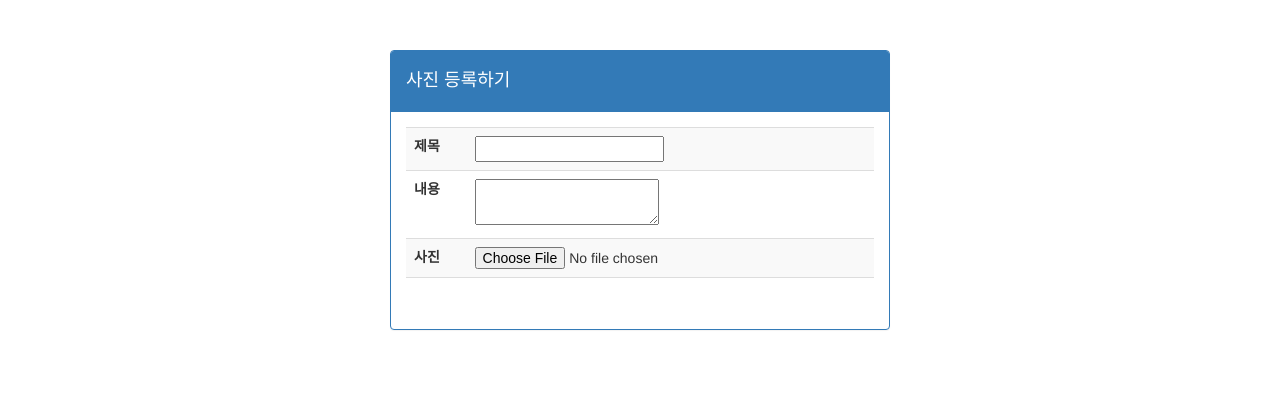
Repository: simDev1234/WebStudy
Page: http://localhost/2022_0607_PhotoGallery/photo/insert_form.do
An editor plug-in stored every save of this project. The page is shown before and after a run of saves, followed by the edit.
The browser window is 1280 px wide. The pictures show the whole page.
The page is served by Tomcat 9.

Above is the page before, as saved 2022-06-08 02:59:40.

After the next 3 saves:
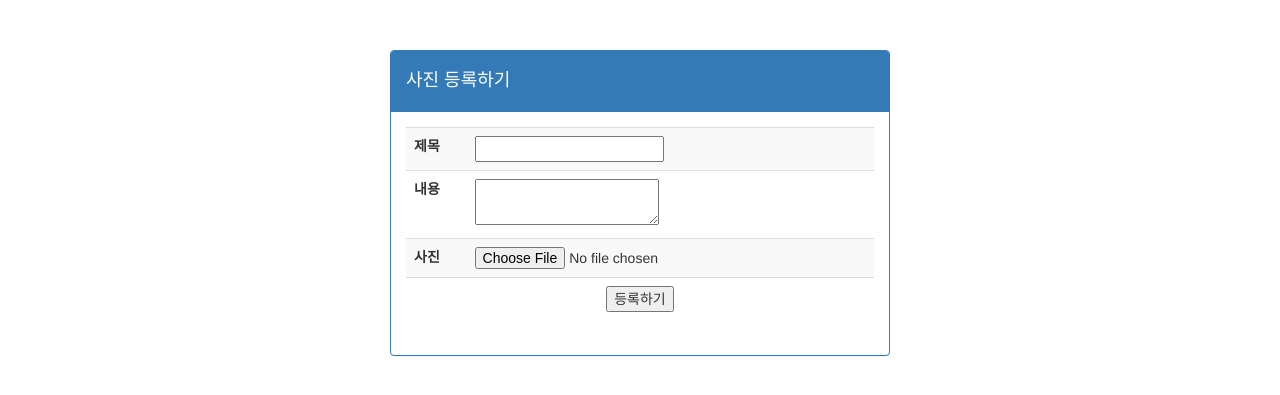
The 3 saves are shown as one change because they came seconds apart.
The last was saved 11 s later.
--- a/_01_상반기_WebStudy/2022_0607_PhotoGallery/src/main/webapp/photo/photo_insert_form.jsp
+++ b/_01_상반기_WebStudy/2022_0607_PhotoGallery/src/main/webapp/photo/photo_insert_form.jsp
@@ -37,7 +37,7 @@
 	              </tr>
 	              <tr>
 	                <td colspan = "2" align = "center">
-
+	                  <input type = "button" value = "등록하기">
 	                </td>
 	              </tr>
 	          </table>
